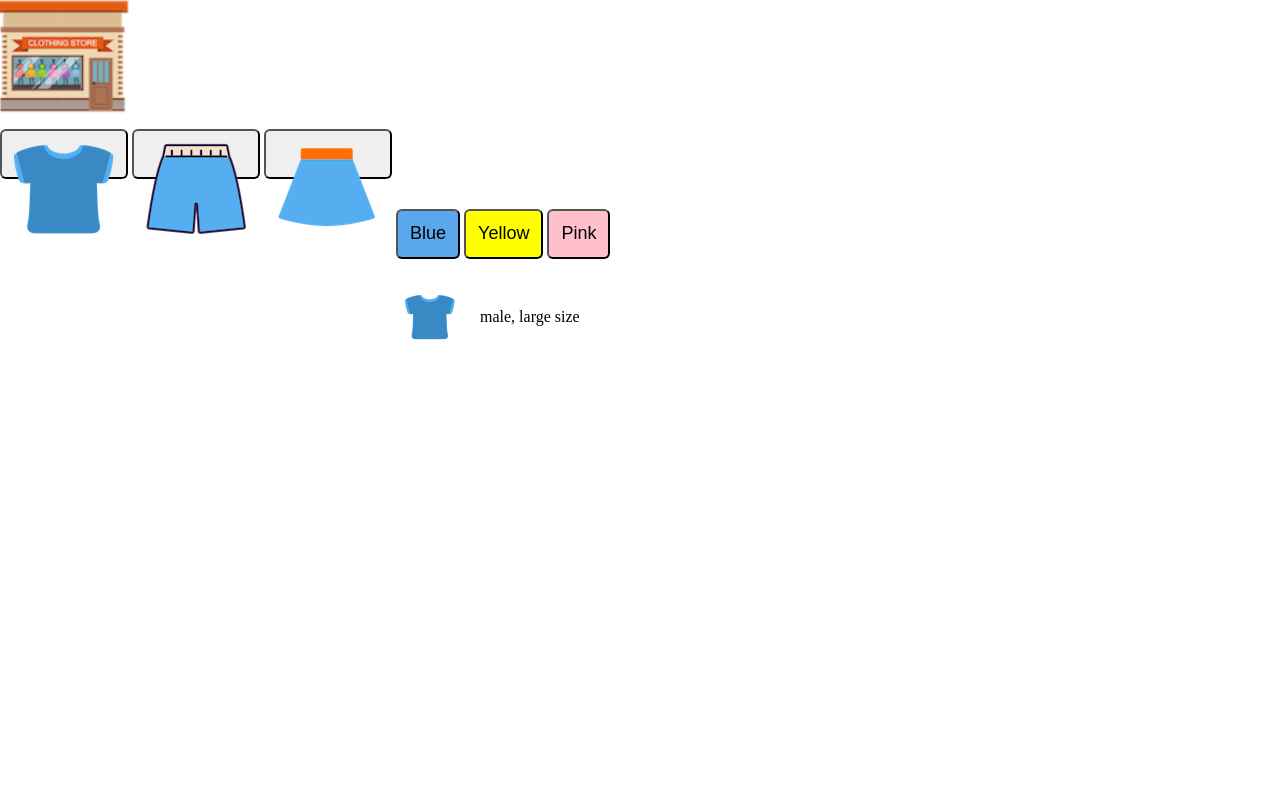
Repository: keehoonjung/Shoppingmall-Game
Page: index.html
An editor plug-in stored every save of this project. The page is shown before and after the next save, followed by the edit.
The browser window is 1280 px wide. The pictures show the whole page.

Above is the page before, as saved 2021-08-12 19:16:35.
Console error: TypeError: Cannot read properties of null (reading 'addEventListener')

### index.html
<!DOCTYPE html>
<html lang="en">
<head>
    <meta charset="UTF-8">
    <meta http-equiv="X-UA-Compatible" content="IE=edge">
    <meta name="viewport" content="width=device-width, initial-scale=1.0">
    <title>Shoppingamll Game</title>
    <link rel="stylesheet" href="style.css">
    <script src="main.js" defer></script>
</head>
<body>
    <img src="./imgs/logo.png" alt="header" class="header__logo">
    <section class="buttons type">
        <button class="button">
            <img src="./imgs/blue_t.png" alt="shirt" class="shirt">
        </button>
        <button class="button type">
            <img src="./imgs/blue_p.png" alt="pants" class="pants">
        </button>
        <button class="button type">
            <img src="./imgs/blue_s.png" alt="" class="skirt">
        </button>
        <button class="button color blue">
            Blue
        </button>
        <button class="button color yellow">
            Yellow
        </button>
        <button class="button color pink">
            Pink
        </button>
    </section>
    <ul class="items">
        <li class="item" data-type="shirt" data-color="blue">
            <img src="./imgs/blue_t.png" alt="blueshirt" class="item__thumbnail">
            <span class="item__description">male, large size</span>
        </li>
    </ul>
</body>
</html>

### style.css
:root {
  /* color */
  --color-white: #ffffff;
  --color-dark-grey: #4d4d4d;
  --color-blue: #73aace;
  --color-orange: #feb546;
  --color-pink: #fd7bcc;

  /* fontsize */
  --font-size: 18px;

  /* animatione */
  --animation-duration: 300ms;

  /* basic space */
  --basic-space: 8px;

  /* border */
  --border-size: 8px;
}

body {
  background-color: var(--color-dark-grey)
  text-align: center;
  margin: 0;
}

ul {
  list-style: none;
}

button {
  outline: none;
  border-radius: 6px;
  display: inline-block;
  height: 50px;
  padding: 8px 12px;
  font-size: 18px;
  cursor: pointer;
  transition: transform 300ms ease-in;
}

button:hover {
  transform: scale(1.1);
}

header {
  margin-top: 100px;
}

.header__logo {
  width: 125px;
  cursor: pointer;
  transition: transform 300ms ease-in;
}

.header__logo:hover {
  transform: scale(1.1);
}

.filter {
  display: flex;
  justify-content: center;
  margin: 0;
  padding: 0;
  padding-left: 60px;
}

.filter__btn {
  padding-right: 24px;
}

.filter__btn img {
  height: 50px;
  cursor: pointer;
  transition: transform 300ms ease-in;
}

.filter__btn img:hover {
  transform: scale(1.1);
}

.blue {
  background-color: rgb(90, 167, 235);
}

.yellow {
  background-color: yellow;
}

.pink {
  background-color: pink;
}

.items {
  padding: 0;
  overflow-y: auto;
  height: 500px;
}

.item {
  background-color: white;
  margin-bottom: 12px;
  width: 500px;
  height: 60px;
  margin: 12px auto;
  border-radius: 8px;
  display: flex;
  align-items: center;
  padding-left: 30px;
}

.item.visible {
  display: flex;
}

.item img {
  height: 50px;
}

.item span {
  margin-left: 25px;
}

### main.js
"use strict";

const navi = document.querySelector(".filter");
const itemList = document.querySelector(".items");
const allItem = Array.from(document.querySelectorAll(".item"));
const headerLogo = document.querySelector(".header__logo");

headerLogo.addEventListener("click", () => {
  createAll();
});

navi.addEventListener("click", (evnet) => {
  const tag = event.target.tagName;
  const targetName = event.target.classList.value;
  if (tag == "IMG") {
    const items = allItem.filter((item) => item.dataset.type == targetName);
    deleteAll();
    items.forEach((item) => {
      item.classList.add("visible");
    });
  } else if (tag == "BUTTON") {
    const items = allItem.filter((item) => item.dataset.color == targetName);
    deleteAll();
    items.forEach((item) => {
      item.classList.add("visible");
    });
  }
});

function deleteAll() {
  allItem.forEach((item) => {
    item.classList.remove("visible");
  });
}

function createAll() {
  allItem.forEach((item) => {
    item.classList.add("visible");
  });
}

After the next save:
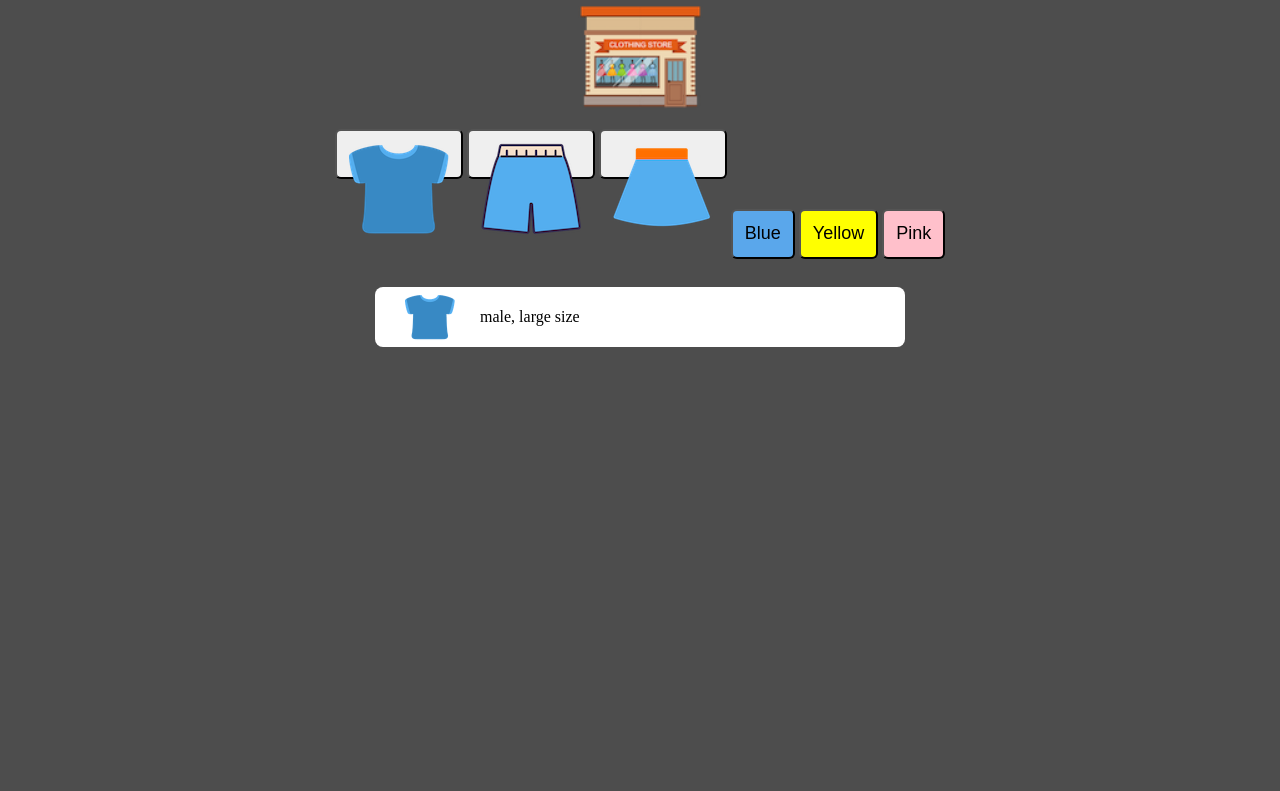
Saved 4 s later.
--- a/style.css
+++ b/style.css
@@ -20,7 +20,7 @@
 }
 
 body {
-  background-color: var(--color-dark-grey)
+  background-color: var(--color-dark-grey);
   text-align: center;
   margin: 0;
 }
